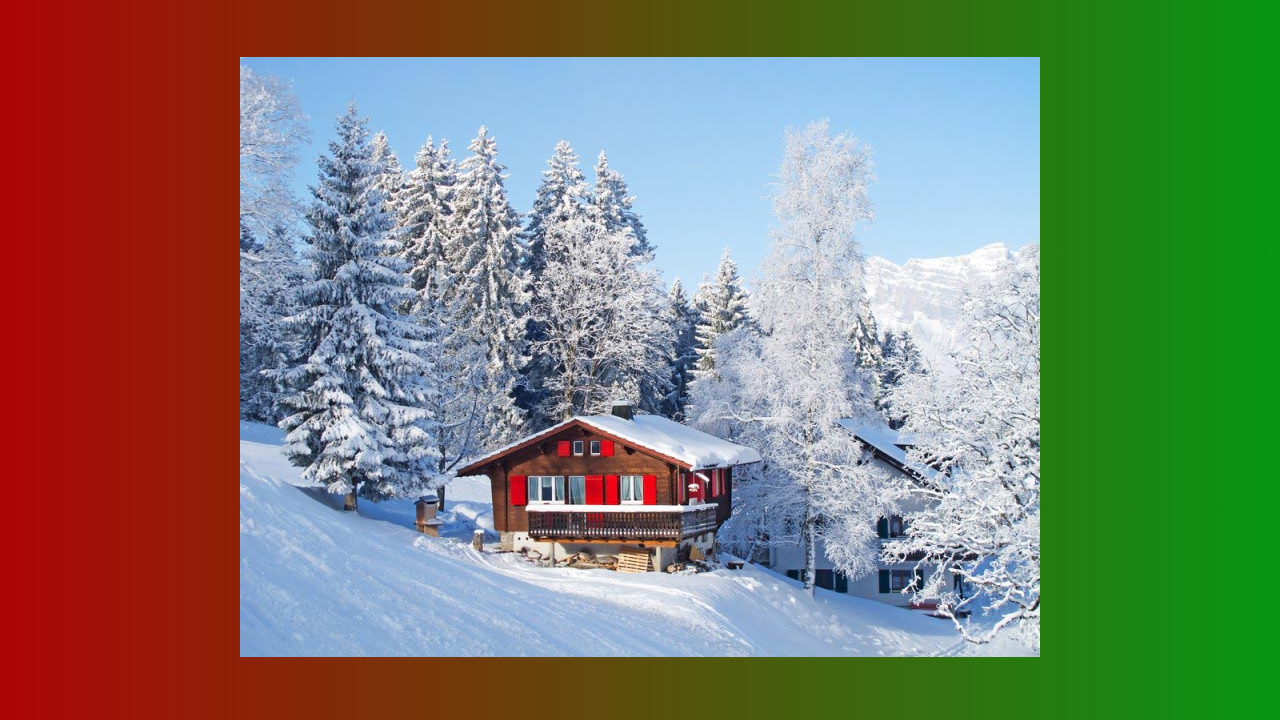
Repository: dev-ashik/Halloween
Page: Reg Page/Index.html
An editor plug-in stored every save of this project. The page is shown before and after the next save, followed by the edit.
The browser window is 1280 px wide. The pictures show the whole page.

Above is the page before, as saved 2021-12-21 21:45:19.

After the next save:
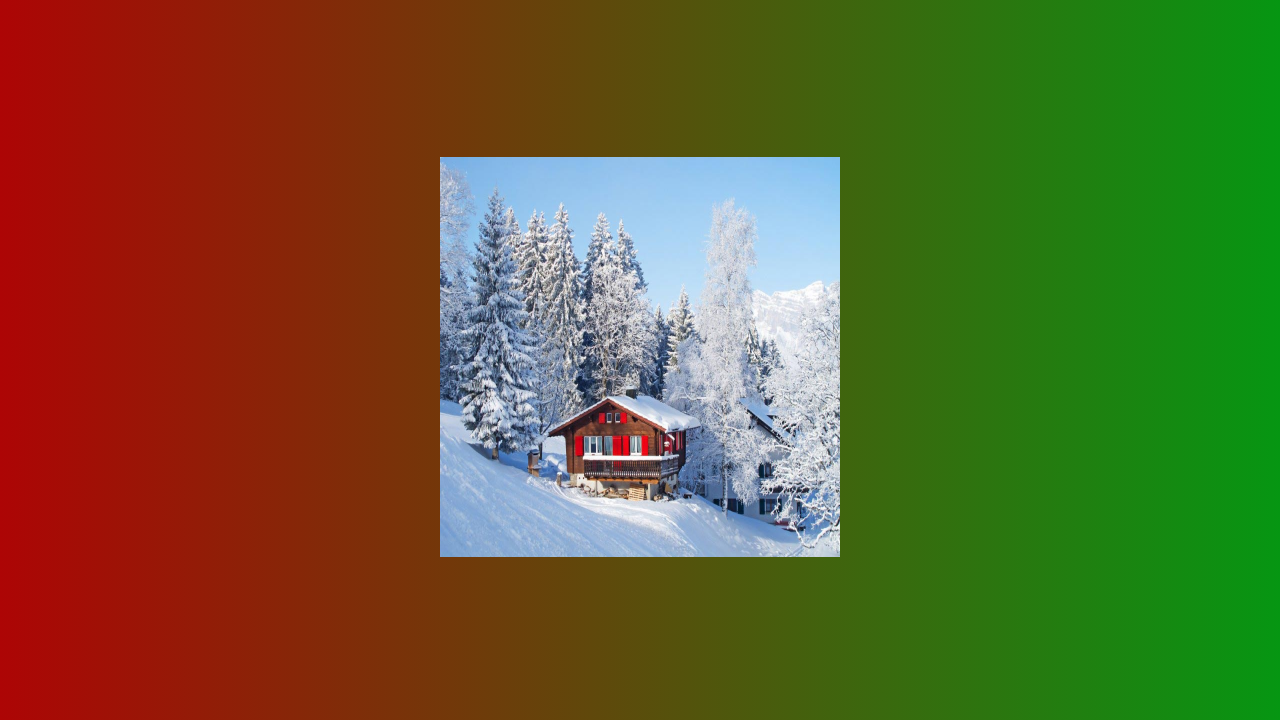
Saved 95 s later.
--- a/Reg Page/CSS/main.css
+++ b/Reg Page/CSS/main.css
@@ -19,3 +19,8 @@ body {
 ::selection {
     background: #ff80bf;
 }
+
+.con .bann img {
+    width: 400px;
+    height: 400px;
+}
